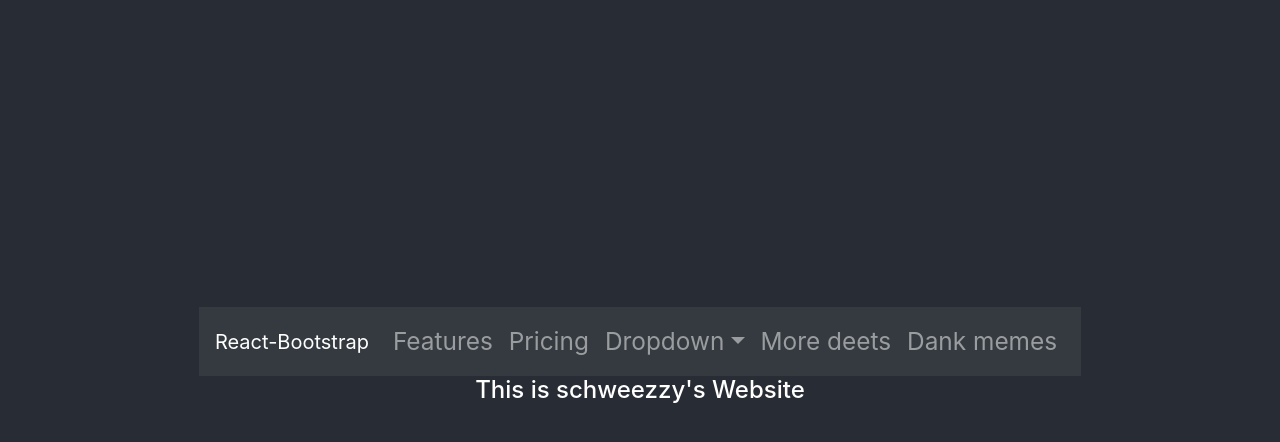
Repository: schweizercode/schweezzy
Page: /
These files come from the project's save history. The page is drawn as it stood at one moment and after the next save; the edit follows.
The browser window is 1280 px wide. The pictures show the whole page.
The project was rebuilt for these pictures with package versions that can differ from the ones it lists, and the page was loaded fresh each time.

Above is the page before, as saved 2021-04-12 14:54:36.

### public/index.html
<!DOCTYPE html>
<html lang="en">

<head>
  <meta charset="utf-8" />
  <link rel="icon" href="%PUBLIC_URL%/favicon.ico" />
  <meta name="viewport" content="width=device-width, initial-scale=1" />
  <meta name="theme-color" content="#000000" />
  <meta name="description" content="Web site created using create-react-app" />
  <link rel="apple-touch-icon" href="%PUBLIC_URL%/logo192.png" />
  <link rel="stylesheet" href="https://cdn.jsdelivr.net/npm/bootstrap@4.6.0/dist/css/bootstrap.min.css"
    integrity="sha384-B0vP5xmATw1+K9KRQjQERJvTumQW0nPEzvF6L/Z6nronJ3oUOFUFpCjEUQouq2+l" crossorigin="anonymous" />
  <!--
      manifest.json provides metadata used when your web app is installed on a
      user's mobile device or desktop. See https://developers.google.com/web/fundamentals/web-app-manifest/
    -->
  <link rel="manifest" href="%PUBLIC_URL%/manifest.json" />
  <!--
      Notice the use of %PUBLIC_URL% in the tags above.
      It will be replaced with the URL of the `public` folder during the build.
      Only files inside the `public` folder can be referenced from the HTML.

      Unlike "/favicon.ico" or "favicon.ico", "%PUBLIC_URL%/favicon.ico" will
      work correctly both with client-side routing and a non-root public URL.
      Learn how to configure a non-root public URL by running `npm run build`.
    -->
  <title>React App</title>
</head>

<body>
  <noscript>You need to enable JavaScript to run this app.</noscript>
  <div id="root"></div>
  <!--
      This HTML file is a template.
      If you open it directly in the browser, you will see an empty page.

      You can add webfonts, meta tags, or analytics to this file.
      The build step will place the bundled scripts into the <body> tag.

      To begin the development, run `npm start` or `yarn start`.
      To create a production bundle, use `npm run build` or `yarn build`.
    -->
</body>

</html>

### src/App.js
import React from 'react';
import './App.css';
import Navbar from "./Navbar.js"


function App() {
  return (
    <div className="App">
      <header className="App-header">
        <Navbar />
        <h4> This is schweezzy's Website</h4>

      </header>
    </div>
  );
}

export default App;

### src/Navbar.js
import { React } from 'react';
import * as ReactBootStrap from 'react-bootstrap';


function Nav() {
    return (

        <>
            <ReactBootStrap.Navbar collapseOnSelect expand="lg" bg="dark" variant="dark">
                <ReactBootStrap.Navbar.Brand href="#home">React-Bootstrap</ReactBootStrap.Navbar.Brand>
                <ReactBootStrap.Navbar.Toggle aria-controls="responsive-navbar-nav" />
                <ReactBootStrap.Navbar.Collapse id="responsive-navbar-nav">
                    <ReactBootStrap.Nav className="mr-auto">
                        <ReactBootStrap.Nav.Link href="#features">Features</ReactBootStrap.Nav.Link>
                        <ReactBootStrap.Nav.Link href="#pricing">Pricing</ReactBootStrap.Nav.Link>
                        <ReactBootStrap.NavDropdown title="Dropdown" id="collasible-nav-dropdown">
                            <ReactBootStrap.NavDropdown.Item href="#action/3.1">Action</ReactBootStrap.NavDropdown.Item>
                            <ReactBootStrap.NavDropdown.Item href="#action/3.2">Another action</ReactBootStrap.NavDropdown.Item>
                            <ReactBootStrap.NavDropdown.Item href="#action/3.3">Something</ReactBootStrap.NavDropdown.Item>
                            <ReactBootStrap.NavDropdown.Divider />
                            <ReactBootStrap.NavDropdown.Item href="#action/3.4">Separated link</ReactBootStrap.NavDropdown.Item>
                        </ReactBootStrap.NavDropdown>
                    </ReactBootStrap.Nav>
                    <ReactBootStrap.Nav>
                        <ReactBootStrap.Nav.Link href="#deets">More deets</ReactBootStrap.Nav.Link>
                        <ReactBootStrap.Nav.Link eventKey={2} href="#memes">
                            Dank memes
      </ReactBootStrap.Nav.Link>
                    </ReactBootStrap.Nav>
                </ReactBootStrap.Navbar.Collapse>
            </ReactBootStrap.Navbar>
        </>

    );
}

export default Nav;

Loaded but not shown: src/index.js (common file); src/index.css (common file); src/reportWebVitals.js (common file); src/App.css (common file)

After the next save:
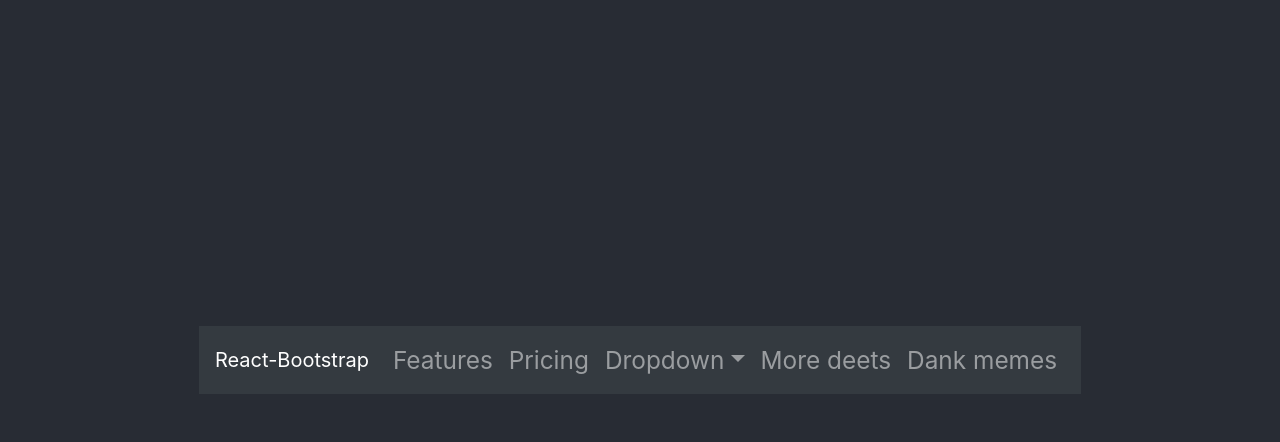
Saved 40 s later.
--- a/src/App.js
+++ b/src/App.js
@@ -8,7 +8,6 @@ function App() {
     <div className="App">
       <header className="App-header">
         <Navbar />
-        <h4> This is schweezzy's Website</h4>
 
       </header>
     </div>
